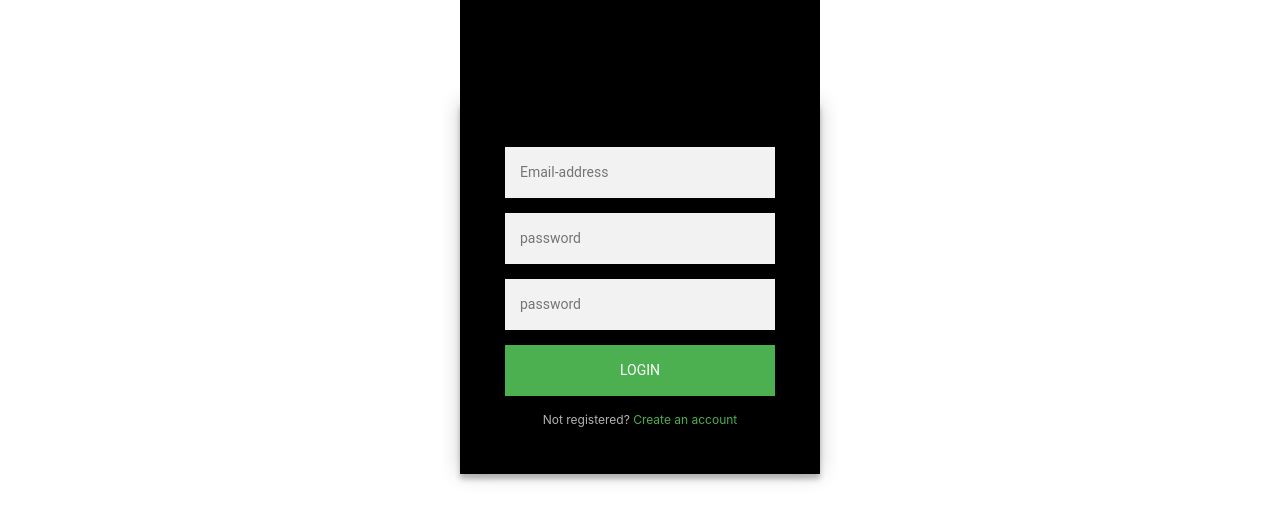
Repository: andbilous/cursor-styled-components
Page: /sign-in
The author's editor kept a copy of each file at every save. The page is drawn from the files as they stood at one save, then again after a run of saves.
The browser window is 1280 px wide. The pictures show the whole page.
The project was rebuilt for these pictures with package versions that can differ from the ones it lists, and the page was loaded fresh each time. Also part of the build but not shown: src/App.css, src/components/SignUpForm.jsx.

Above is the page before, as saved 2020-04-19 13:26:52.

After the next 4 saves:
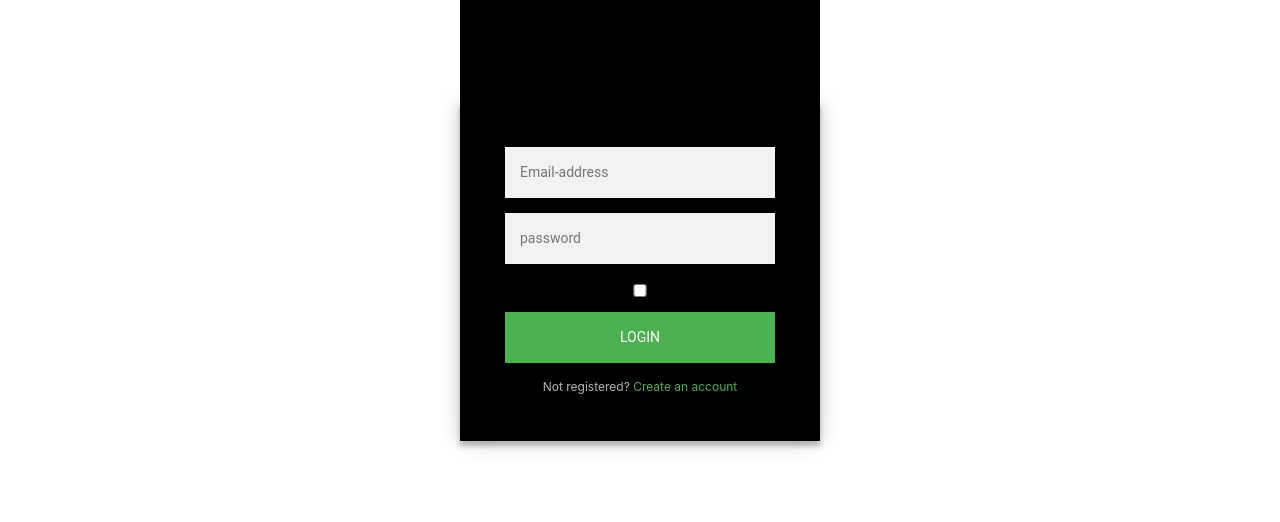
The 4 saves are shown as one change because they came seconds apart.
The last was saved 13 s later.
--- a/src/components/SignInForm.jsx
+++ b/src/components/SignInForm.jsx
@@ -111,7 +111,8 @@ const SignInForm =() =>{
     <form class="login-form">
     <input type="text" placeholder="Email-address"/>
       <input type="password" placeholder="password"/>
-      <input type="password" placeholder="password"/>
+      <input type="checkbox"/>
+      <span></span>
       <button>login</button>
       <p class="message">Not registered? <a href="#">Create an account</a></p>
     </form>
